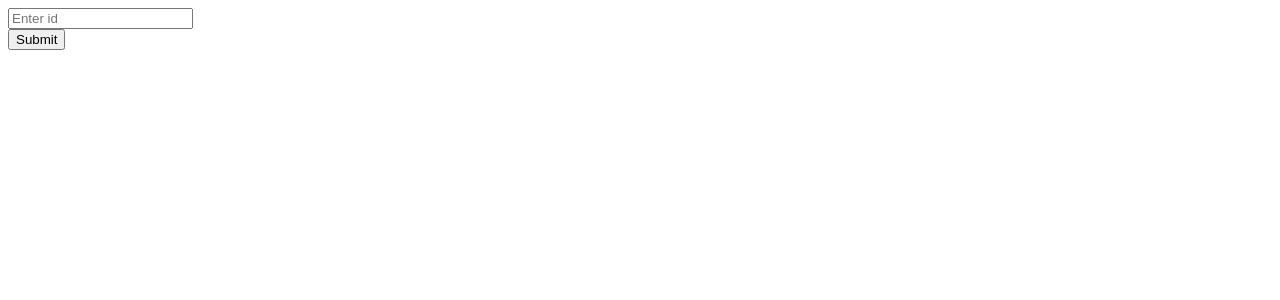
Repository: yashmodi2429/Programs
Page: http://localhost/Employee/deleteemployee.jsp
An editor plug-in stored every save of this project. The page is shown before and after the next save, followed by the edit.
The browser window is 1280 px wide. The pictures show the whole page.
The page is served by Tomcat 9. Other server files are loaded and not shown.

Above is the page before, as saved 2019-02-22 11:51:06.

### Employee/WebContent/deleteemployee.jsp
<%@ page language="java" contentType="text/html; charset=ISO-8859-1"
    pageEncoding="ISO-8859-1"%>
<!DOCTYPE html PUBLIC "-//W3C//DTD HTML 4.01 Transitional//EN" "http://www.w3.org/TR/html4/loose.dtd">
<html>
<head>
<meta http-equiv="Content-Type" content="text/html; charset=ISO-8859-1">
<title>Insert title here</title>
</head>
<body>
<form action="DeleteEmployee" method="post">
	<input type="text" name="delete_id" placeholder="Enter id"/> <br>
	<input type="submit"/>
</form>
<input type="hidden" value="<%= session.getAttribute("name") %>" />
</body>
</html>

After the next save:
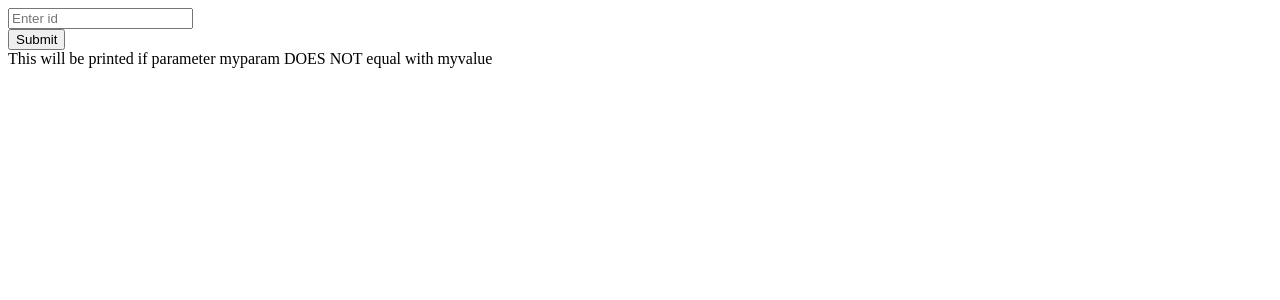
Saved 2 min 36 s later.
--- a/Employee/WebContent/deleteemployee.jsp
+++ b/Employee/WebContent/deleteemployee.jsp
@@ -11,6 +11,18 @@
 	<input type="text" name="delete_id" placeholder="Enter id"/> <br>
 	<input type="submit"/>
 </form>
-<input type="hidden" value="<%= session.getAttribute("name") %>" />
+<%
+        if ("myvalue".equals(request.getParameter("myparam"))) {
+    %>
+        <%= session.getAttribute("name") %>
+    <%
+        }
+        else {
+    %>
+        This will be printed if parameter myparam DOES NOT equal with myvalue
+    <%
+        }
+    %>
+
 </body>
 </html>
